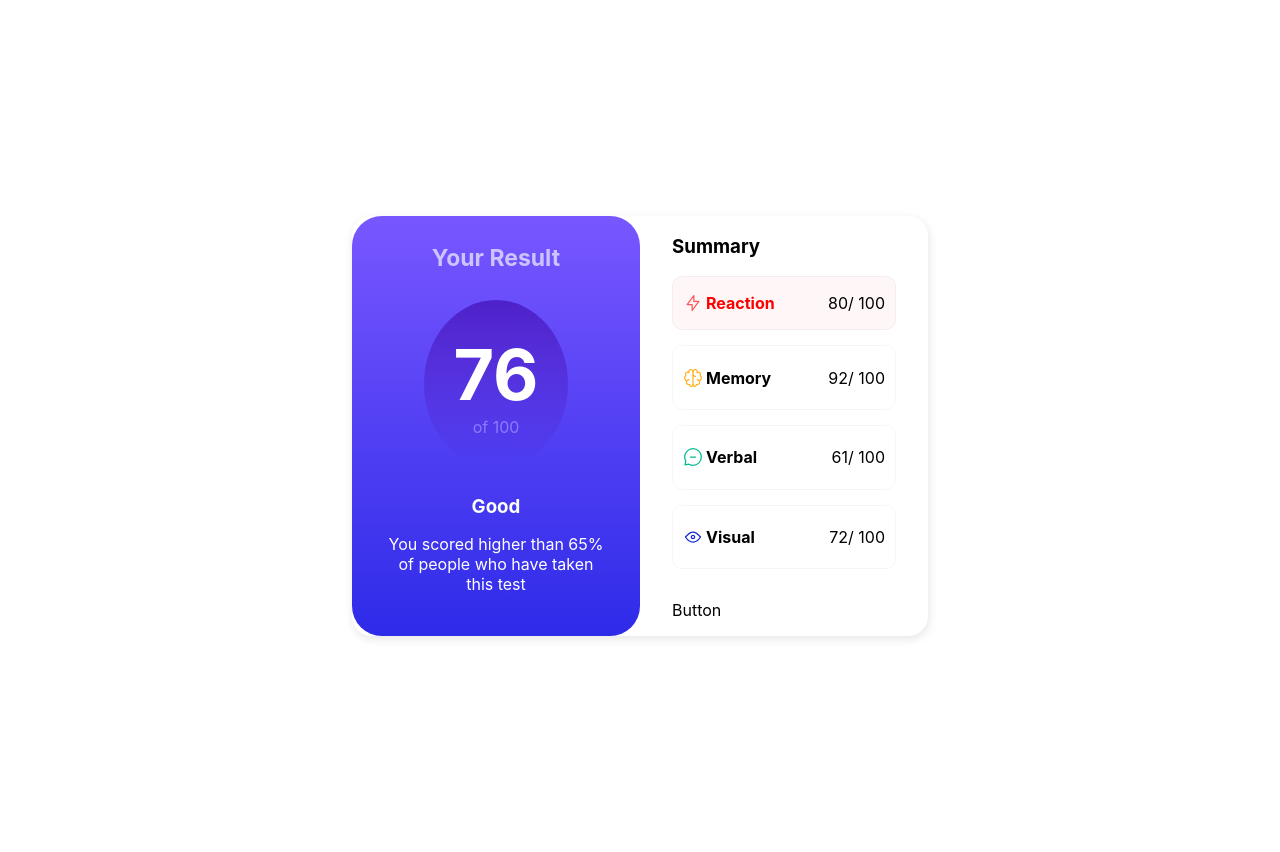
Repository: JeanPaulBassil/Result-Summary-Design
Page: /
These files come from the project's save history. The page is drawn as it stood at one moment and after a run of saves; the edit follows.
The browser window is 1280 px wide. The pictures show the whole page.
The project was rebuilt for these pictures with package versions that can differ from the ones it lists, and the page was loaded fresh each time.

Above is the page before, as saved 2023-02-24 17:58:22.

### src/index.css
body {
  margin: 0;
  font-family: -apple-system, BlinkMacSystemFont, 'Segoe UI', 'Roboto', 'Oxygen',
    'Ubuntu', 'Cantarell', 'Fira Sans', 'Droid Sans', 'Helvetica Neue',
    sans-serif;
  -webkit-font-smoothing: antialiased;
  -moz-osx-font-smoothing: grayscale;
}

code {
  font-family: source-code-pro, Menlo, Monaco, Consolas, 'Courier New',
    monospace;
}

.app{
  width: 45vw;
  height: 50vh;
  box-shadow: 1px 3px 10px rgba(0, 0, 0, .1);
  border-radius: 20px;
  display: block;
  margin: 30vh auto;
  display: grid;
  grid-template-columns: 1fr 1fr;
  height: auto;
}

### src/App.js
import Result from "./Components/Result/Result"
import Summary from "./Components/Summary/Summary"

export default function App() {
    return (
        <div className="app">
            <Result />
            <Summary />
        </div>
    )
};

### src/Components/Result/Result.js
import Description from "../Description/Description";
import Grade from "../Grade/Grade";
import data from "../../data.json";
import "./Result.css"

export default function Result() {
    const score = Math.floor(data.reduce((totalGrade, category) => totalGrade + category.score , 0) / data.length)

    return (
        <div className="result">
            <h3>Your Result</h3>
            <Grade score={score}/>
            <Description score={score}/>
        </div>
    )
};

### src/Components/Summary/Summary.js
import data from "../../data.json"
import './Summary.css'

export default function Summary() {
    const summary = data.map(part => {
        return (
            <div className={`part ${part.color}`}>
                <div>
                    <img className="icon" src={part.icon} alt={part.category}/>
                    <h4>{part.category}</h4>
                </div>
                <div className="secGrade">
                    <p>{part.score}</p>
                    <p>/ 100</p>
                </div>
            </div>
        )
    })

    return (
        <div className="summary">
            <h3>Summary</h3>
            <div>
                {summary}
            </div>
            <p>Button</p>
        </div>
    )
};

### src/Components/Description/Description.js
import "./Description.css"

export default function Description({score}) {
    const performance = _ => {
        if (score >= 90) return ['Excellent', `You scored higher than 85% of people who have taken this test`]
        else if (score >= 80) return ['Great', `You scored higher than 75% of people who have taken this test`]
        else if (score >= 70) return ['Good', `You scored higher than 65% of people who have taken this test`]
        else if (score >= 60) return ['Not enough', `You're above nearly half the people who have taken this test`]
        else return ['Fail', `Most people who have taken this test passed over you`]
    }

    return (
        <div className="description">
            <h3>{performance()[0]}</h3>
            <p>{performance()[1]}</p>
        </div>
    )
};

### src/Components/Grade/Grade.js
import "./Grade.css"

export default function Grade({score}) {
    return (
        <div className="grade">
            <h1>{score}</h1>
            <p>of 100</p>
        </div>
    )
};

### src/data.json


[
  {
    "category": "Reaction",
    "score": 80,
    "icon": "./assets/images/icon-reaction.svg",
    "color": "red"
  },
  {
    "category": "Memory",
    "score": 92,
    "icon": "./assets/images/icon-memory.svg",
    "color": "yellow"
  },
  {
    "category": "Verbal",
    "score": 61,
    "icon": "./assets/images/icon-verbal.svg",
    "color": "green"
  },
  {
    "category": "Visual",
    "score": 72,
    "icon": "./assets/images/icon-visual.svg",
    "color": "blue"
  }
]

### src/Components/Result/Result.css
.result {
    display: grid;
    grid-template-rows: 1fr 2fr 2fr;
    align-items: center;
    justify-items: center;
    height: 100%;
    width: 100%;
    background-image: linear-gradient(to bottom,hsl(252, 100%, 67%), hsl(241, 81%, 54%));
    border-radius: 30px;
    color: white;
}

.result > h3 {
    font-size: 23px;
    color: #cbc4ff;
}

### src/Components/Summary/Summary.css
.part {
    display: flex;
    justify-content: space-between;
    border: 1px solid rgba(0, 0, 0, .04);
    margin-bottom: 15px;
    border-radius: 10px;
    padding: 0 10px;
}

.icon {
    margin-right: 3px
}

.summary {
    padding: 0 2rem;
    display: flex;
    flex-direction: column;
    justify-content: center;
}

.summary > h3 {
    align-self: flex-start;
}

.part > div {
    display: flex;
    align-items: center;
    justify-content: center;
}

.secGrade{
    /* display: inline; */
    /* margin: 10px */
}

.red {
    background-color: rgba(255, 0, 0, 0.03);
}
.red > div > h4 {
    margin: 0;
    color: red;
}

### src/Components/Description/Description.css
.description {
    display: flex;
    flex-direction: column;
    align-items: center;
    justify-content: center;
}

.description > p{
    inline-size: 220px;
    text-align: center;
}

.description > h3 {
    margin: 0;
}

### src/Components/Grade/Grade.css
.grade {
    display: flex;
    flex-direction: column;
    justify-content: center;
    align-items: center;
    background-image: linear-gradient(to bottom, hsla(256, 72%, 46%, 1), hsla(241, 72%, 46%, 0));
    border-radius: 50%;
    inline-size: 50%;
    block-size: 100%;
}

.grade > h1 {
    margin: 0;
    font-size: 70px;
}

.grade > p {
    margin: 0;
    color: #8a7cff;
}

Loaded but not shown: public/index.html (common file); src/index.js (common file)

After the next 5 saves:
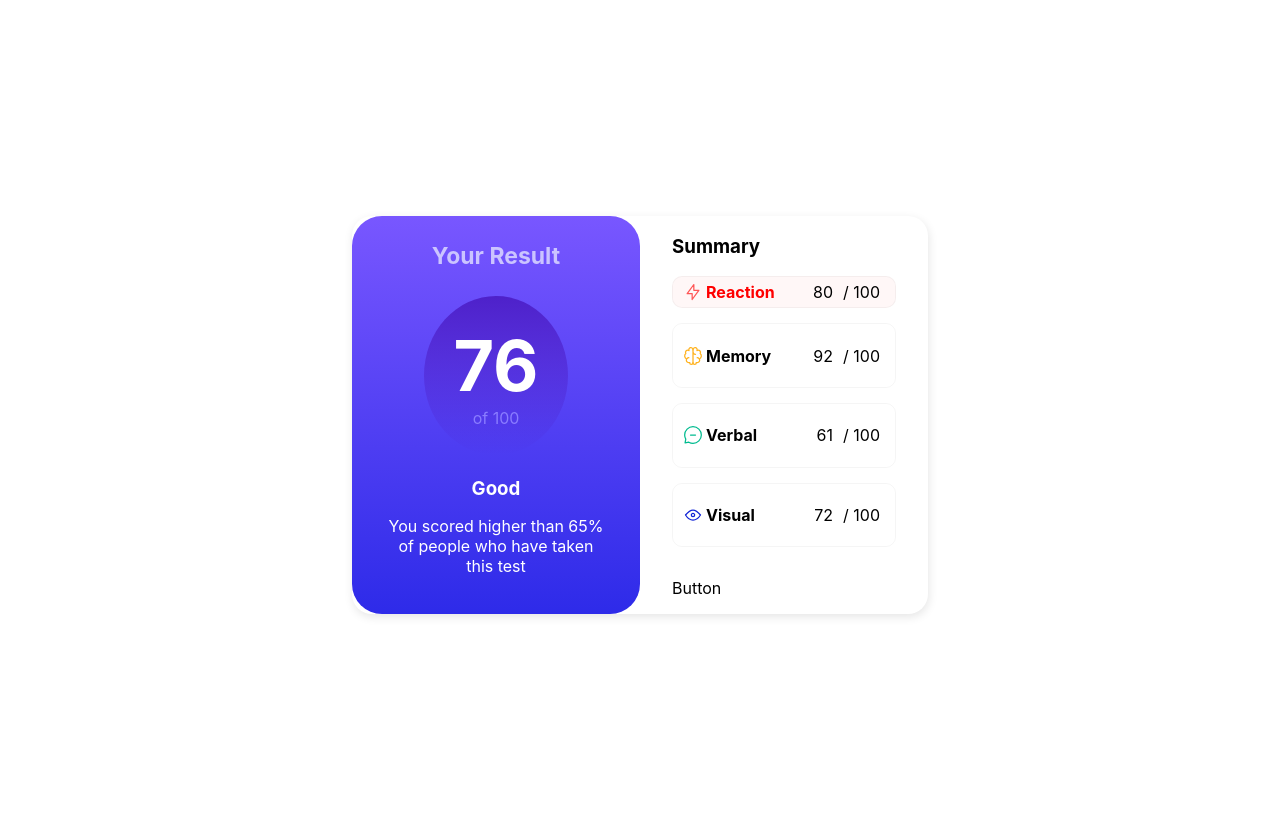
The 5 saves are shown as one change because they came seconds apart.
The last was saved 20 s later.
--- a/src/Components/Summary/Summary.css
+++ b/src/Components/Summary/Summary.css
@@ -28,9 +28,9 @@
     justify-content: center;
 }
 
-.secGrade{
+.secGrade > p {
     /* display: inline; */
-    /* margin: 10px */
+    margin: 5px
 }
 
 .red {
